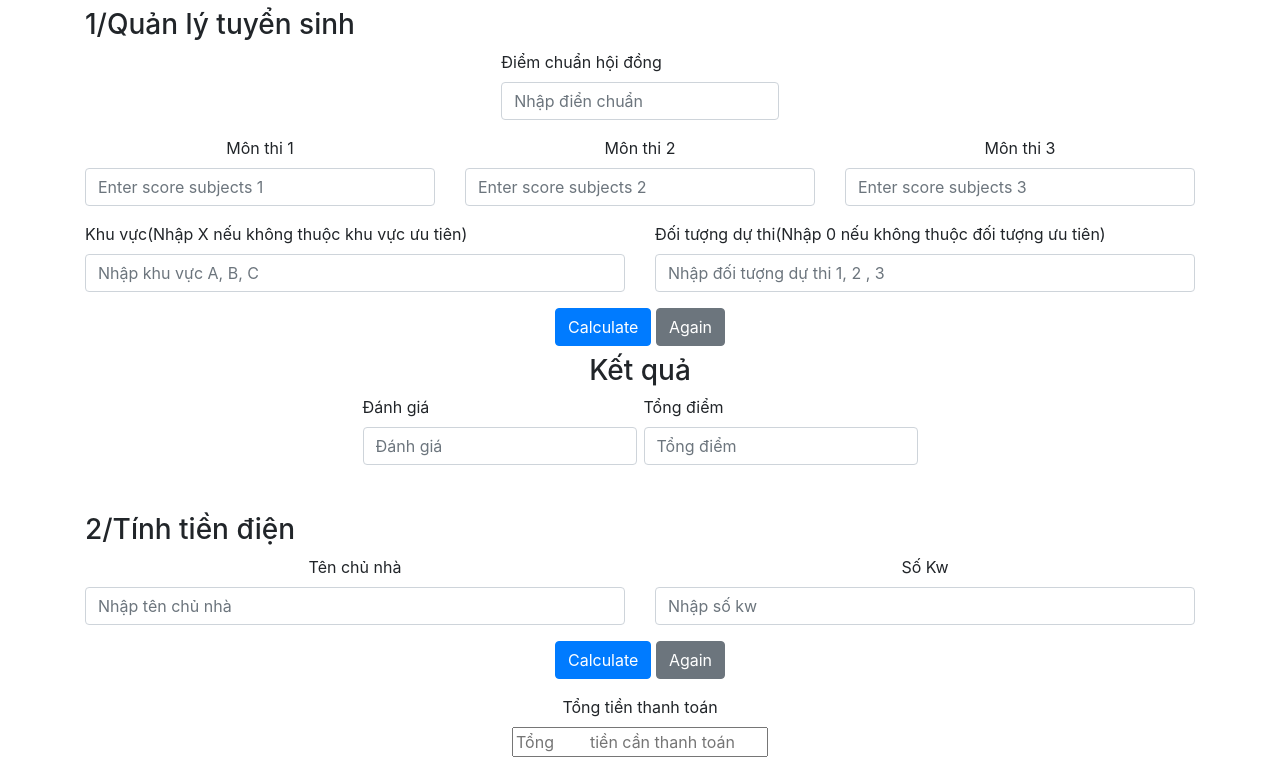
Repository: baobaodeveloper/bootcamp21__jsbasic4_HuynhAnhBao
Page: index.html
The author's editor kept a copy of each file at every save. The page is drawn from the files as they stood at one save, then again after the next save.
The browser window is 1280 px wide. The pictures show the whole page.

Above is the page before, as saved 2022-03-13 20:17:09.

### index.html
<!DOCTYPE html>
<html lang="en">
  <head>
    <title>Exercise3</title>
    <!-- Required meta tags -->
    <meta charset="utf-8" />
    <meta
      name="viewport"
      content="width=device-width, initial-scale=1, shrink-to-fit=no"
    />

    <!-- Bootstrap CSS -->
    <link
      rel="stylesheet"
      href="https://stackpath.bootstrapcdn.com/bootstrap/4.3.1/css/bootstrap.min.css"
      integrity="sha384-ggOyR0iXCbMQv3Xipma34MD+dH/1fQ784/j6cY/iJTQUOhcWr7x9JvoRxT2MZw1T"
      crossorigin="anonymous"
    />
  </head>
  <body>
    <!-- 1/Quản lý tuyển sinh -->
    <div class="container mt-2">
      <h3>1/Quản lý tuyển sinh</h3>

      <div class="mb-3 w-25 m-auto">
        <label>Điểm chuẩn hội đồng</label>
        <input
          type="number"
          class="form-control"
          id="score"
          placeholder="Nhập điển chuẩn"
        />
      </div>

      <div class="row mt-3 text-center">
        <div class="col">
          <label>Môn thi 1</label>
          <input
            type="number"
            class="form-control"
            id="score1"
            placeholder="Enter score subjects 1"
          />
        </div>
        <div class="col">
          <label>Môn thi 2</label>
          <input
            type="number"
            class="form-control"
            id="score2"
            placeholder="Enter score subjects 2"
          />
        </div>
        <div class="col">
          <label>Môn thi 3</label>
          <input
            type="number"
            class="form-control"
            id="score3"
            placeholder="Enter score subjects 3"
          />
        </div>
      </div>

      <div class="row mt-3">
        <div class="col">
          <label>Khu vực(Nhập X nếu không thuộc khu vực ưu tiên)</label>
          <input
            type="text"
            class="form-control"
            placeholder="Nhập khu vực A, B, C"
            id="area"
          />
        </div>
        <div class="col">
          <label
            >Đối tượng dự thi(Nhập 0 nếu không thuộc đối tượng ưu tiên)</label
          >
          <input
            type="number"
            class="form-control"
            placeholder="Nhập đối tượng dự thi 1, 2 , 3"
            id="object"
          />
        </div>
      </div>

      <div class="text-center mt-3">
        <button type="button" class="btn btn-primary" id="scoreBtn">
          Calculate
        </button>
        <button type="button" class="btn btn-secondary" id="score-btn-again">
          Again
        </button>
      </div>

      <h3 class="text-center mt-2">Kết quả</h3>

      <div class="mb-3 w-50 d-flex m-auto justify-content-between">
        <div>
          <label>Đánh giá</label>
          <input
            type="email"
            class="form-control"
            placeholder="Đánh giá"
            id="evaluate"
          />
        </div>

        <div>
          <label>Tổng điểm</label>
          <input
            type="email"
            class="form-control"
            placeholder="Tổng điểm"
            id="total-score"
          />
        </div>
      </div>
    </div>

    <!-- 2/Tính tiền điện -->
    <div class="container mt-lg-5">
      <h3>2/Tính tiền điện</h3>
      <div class="row text-center">
        <div class="col">
          <label class="form-label">Tên chủ nhà</label>
          <input
            type="text"
            class="form-control"
            id="host"
            placeholder="Nhập tên chủ nhà"
          />
        </div>
        <div class="col">
          <label class="form-label">Số Kw</label>
          <input
            type="number"
            id="number-kw"
            class="form-control"
            placeholder="Nhập số kw"
          />
        </div>
      </div>

      <div class="text-center mt-3">
        <button type="button" class="btn btn-primary" id="electricBill">
          Calculate
        </button>
        <button type="button" class="btn btn-secondary" id="electricbill-again">
          Again
        </button>
      </div>

      <div class="w-25 m-auto pt-3 text-center">
        <label class="form-label">Tổng tiền thanh toán</label>
        <input type="text class="form-control" id="total-pay" placeholder="Tổng
        tiền cần thanh toán" />
      </div>
    </div>
    <!-- Optional JavaScript -->
    <!-- jQuery first, then Popper.js, then Bootstrap JS -->
    <script
      src="https://code.jquery.com/jquery-3.3.1.slim.min.js"
      integrity="sha384-q8i/X+965DzO0rT7abK41JStQIAqVgRVzpbzo5smXKp4YfRvH+8abtTE1Pi6jizo"
      crossorigin="anonymous"
    ></script>
    <script
      src="https://cdnjs.cloudflare.com/ajax/libs/popper.js/1.14.7/umd/popper.min.js"
      integrity="sha384-UO2eT0CpHqdSJQ6hJty5KVphtPhzWj9WO1clHTMGa3JDZwrnQq4sF86dIHNDz0W1"
      crossorigin="anonymous"
    ></script>
    <script
      src="https://stackpath.bootstrapcdn.com/bootstrap/4.3.1/js/bootstrap.min.js"
      integrity="sha384-JjSmVgyd0p3pXB1rRibZUAYoIIy6OrQ6VrjIEaFf/nJGzIxFDsf4x0xIM+B07jRM"
      crossorigin="anonymous"
    ></script>

    <!-- <script src="exercise1.js"></script> -->
    <script src="exercise2.js"></script>
  </body>
</html>

### exercise2.js
const host = document.getElementById("host");
const numberKw = document.getElementById("number-kw");
const calculateElectricBill = document.getElementById("electricBill");
const calculateElectricBillAgain =
  document.getElementById("electricbill-again");
const totalPay = document.getElementById("total-pay");

calculateElectricBill.addEventListener("click", () => {
  if (!host || !numberKw || numberKw < 0) return;
  const numberKwValue = +numberKw.value;
  const totalMoneyPay = calculatekw(numberKwValue);
  console.log(totalMoneyPay);
  totalPay.value = Intl.NumberFormat("vi-VN", {
    style: "currency",
    currency: "VND",
  }).format(totalMoneyPay);
});

const calculatekw = (numKw) => {
  if (numKw <= 50) {
    return numKw * 500;
  } else if (numKw <= 100) {
    return 50 * 500 + (numKw - 50) * 650;
  } else if (numKw <= 200) {
    return 50 * (500 + 650) + (numKw - 100) * 850;
  } else if (numKw <= 350) {
    return 50 * (500 + 650) + 100 * 850 + (numKw - 200) * 1100;
  } else {
    return 50 * (500 + 650) + 100 * 850 + 150 * 1100 + (numKw - 350) * 1300;
  }
};

After the next save:
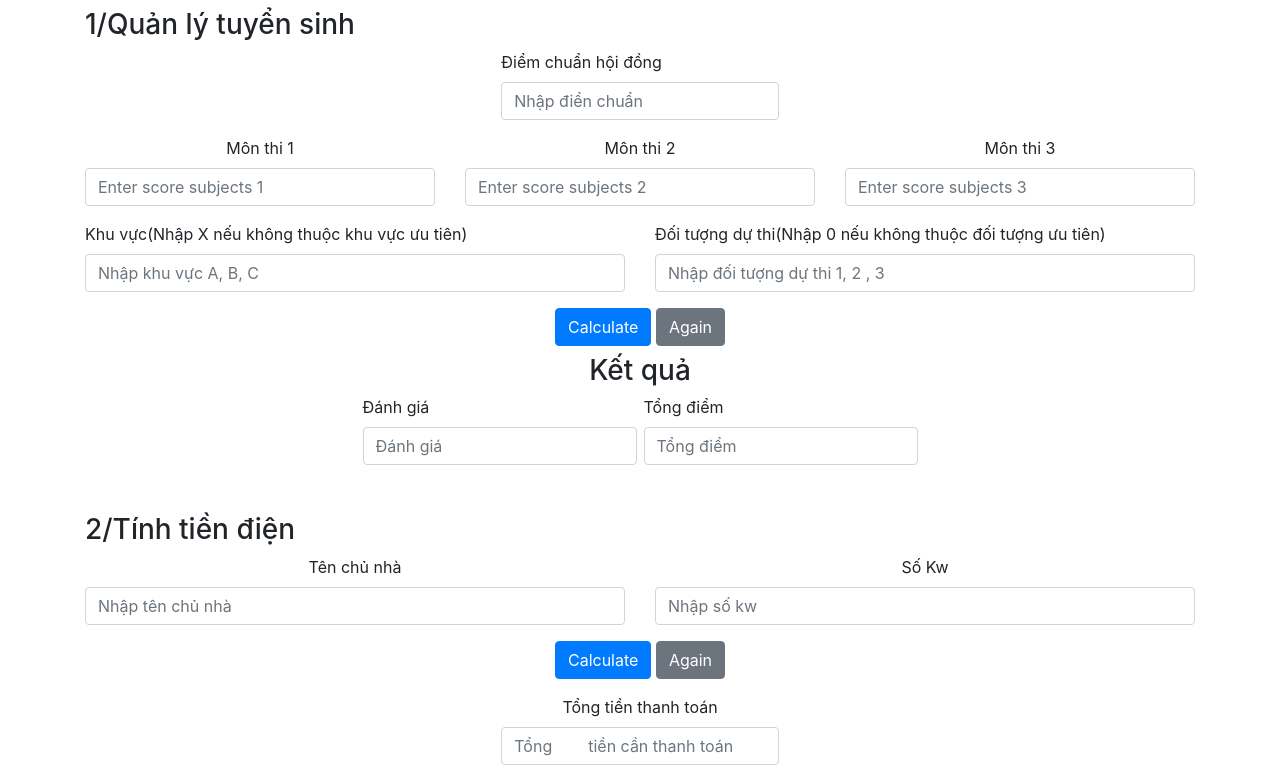
Saved 8 s later.
--- a/index.html
+++ b/index.html
@@ -154,8 +154,13 @@
 
       <div class="w-25 m-auto pt-3 text-center">
         <label class="form-label">Tổng tiền thanh toán</label>
-        <input type="text class="form-control" id="total-pay" placeholder="Tổng
-        tiền cần thanh toán" />
+        <input
+          type="text"
+          class="form-control"
+          id="total-pay"
+          placeholder="Tổng
+        tiền cần thanh toán"
+        />
       </div>
     </div>
     <!-- Optional JavaScript -->
